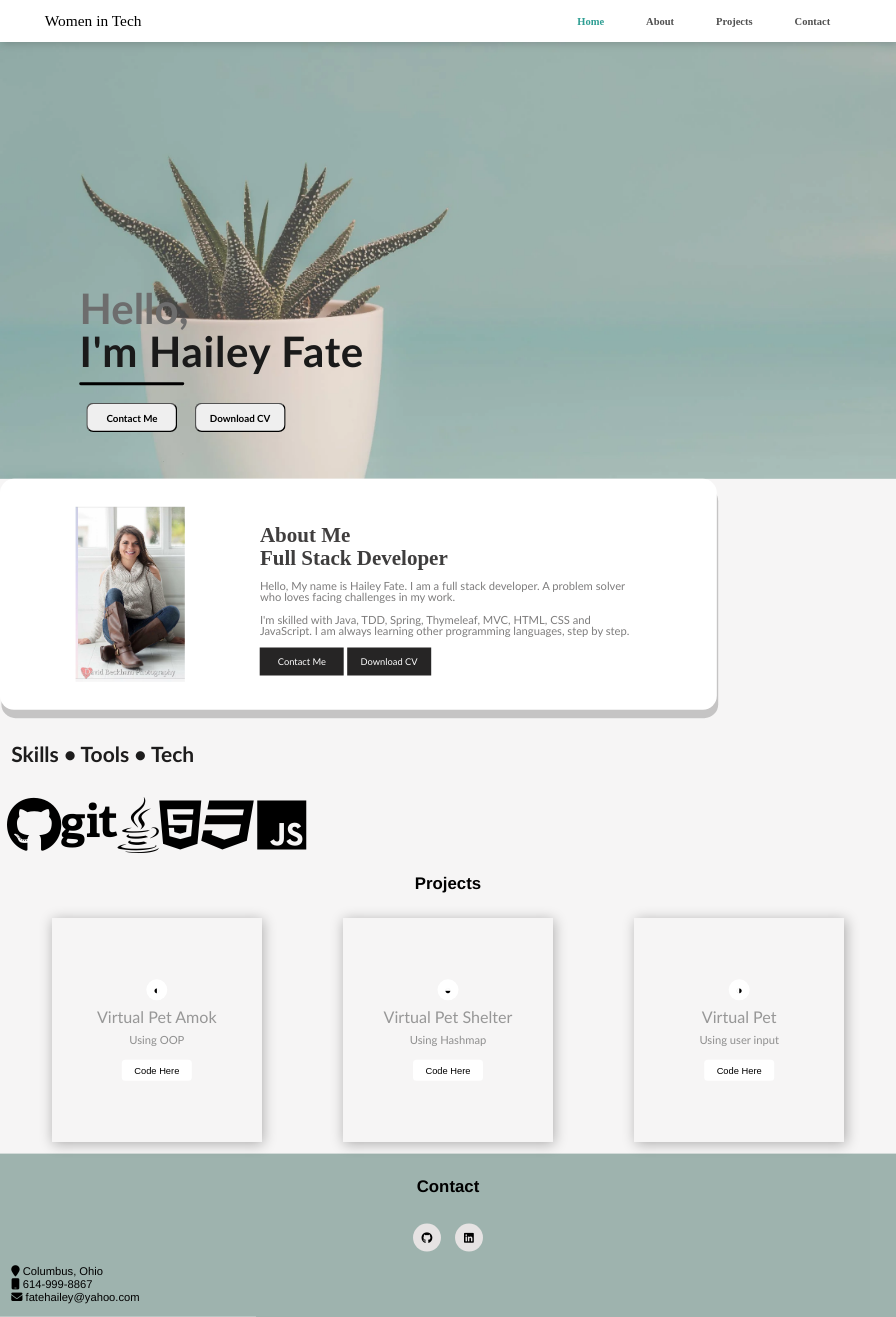
Repository: fatehailey/fatehailey.github.io
Page: index.html
These files come from the project's save history. The page is drawn as it stood at one moment and after a run of saves; the edit follows.
The browser window is 1280 px wide. The pictures show the whole page, at 70% of full size.
Some web libraries are served in a nearby version.

Above is the page before, as saved 2022-07-25 15:19:22.

### index.html
<!DOCTYPE html>
<html lang="en">

<head>
    <meta charset="UTF-8">
    <meta http-equiv="X-UA-Compatible" content="IE=edge">
    <meta name="viewport" content="width=device-width, initial-scale=1.0">
    <title>Professional Portfolio Website</title>
    <link rel="stylesheet" type="text/css" href="./style.css">
    <script src="https://kit.fontawesome.com/aba5373111.js" crossorigin="anonymous"></script>
</head>
<section>
    <!--------Navbar-->
    <nav>
        <header class="logo"> Women in Tech</header>
        <!--menu-->
        <ul>
            <li><a href="#" class="active">Home</a></li>
            <li><a href="#about">About</a></li>
            <li><a href="#projects">Projects</a></li>
            <li><a href="#contact-form">Contact</a></li>
        </ul>
    </nav>
    <!--text-->
    <div class="text-container">
        <p>Hello,</p>
        <p>I'm Hailey Fate</p>
        <p class="line"></p>
        <a href = "mailto: fatehailey@.com">
        <button id="contact-form">Contact Me</button></a>
        <a href="Resume -JAVA.pdf">
            <button>Download CV</button>
        </a>

    </div>
</section>
<div class="about-container">
    <!--img-->
    <img src="20638533_10207488042478732_6104525529025967976_n.jpg" />
    <!--about-me-text-->
    <div class="about-text">
        <p id="about">About Me</p>
        <p>Full Stack Developer</p>
        <p>Hello, My name is Hailey Fate. I am a full stack developer. A problem solver who loves facing challenges in
            my work. </p>
        <p>I'm skilled with Java, TDD, Spring, Thymeleaf, MVC, HTML, CSS and JavaScript. I am always learning other
            programming languages, step by step.</p>
        <button id="contacts">Contact Me</button>
        <button onclick="Resume -JAVA.pdf">Download CV</button>
    </div>
</div>

<!--Project-->
<div class="skills">
    <!--text-->
    <div class="skills-text ">
        <p>Skills • Tools • Tech</p>
    </div>
    <div class="column">
        <i class="fa-brands fa-github"></i>
        <i class="fa-brands fa-git"></i>
        <i class="fa-brands fa-java"></i>
        <i class="fa-brands fa-html5"></i>
        <i class="fa-brands fa-css3"></i>
        <i class="fa-brands fa-js"></i>
    </div>
</div>
<h2 id="projects" style="text-align:center">Projects </h2>
<div class="box-container">
    <!--1------------->
    <div class="box-1">
        <span>◐</span>
        <p class="heading">Virtual Pet Amok</p>
        <p class="details">Using OOP</p>
        <a href="https://github.com/2022-April-Java-PT-Classroom/virtual-pet-amok-fatehailey">
            <button>Code Here</button>
        </a>
    </div>
    <!--2------------->
    <div class="box-2">
        <span>◒</span>
        <p class="heading">Virtual Pet Shelter</p>
        <p class="details">Using Hashmap</p>
        <a href="https://github.com/2022-April-Java-PT-Classroom/virtual-pet-shelter-fatehailey">
            <button>Code Here</button>
        </a>
    </div>
    <!--3------------->
    <div class="box-3">
        <span>◑</span>
        <p class="heading">Virtual Pet</p>
        <p class="details">Using user input</p>
        <a href="https://github.com/2022-April-Java-PT-Classroom/virtual-pet-fatehailey">
            <button>Code Here</button>
        </a>
    </div>
</div>
<footer>
    <div class="social-footer">
        <h2 id="contacts" style="text-align:center">Contact</h2>
        <div class="social-icons">
            <a href="https://github.com/fatehailey"><i class="fa-brands fa-github"></i></a>
            <a href="https://www.linkedin.com/in/haileyfate/"><i class="fa-brands fa-linkedin"></i></a>
        </div>
        <div class="place">
            <span class="fa-solid fa-location-pin"></span>
            <span class="text">Columbus, Ohio</span>
        <div class="phone">
            <span class="fa-solid fa-mobile"></span>
            <span class="text">614-999-8867</span>
        </div>
        <div class="email">
            <span class="fa-solid fa-envelope"></span>
            <span class="text">fatehailey@yahoo.com</span>
        </div>

    </div>
</footer>
</body>
</html>

### style.css

body{
    background-color: #f6f5f5;
    margin: 0;
    padding: 0px;
    font-family: 'Franklin Gothic Medium', 'Arial Narrow', Arial, sans-serif;
}
ul{
    list-style: none;
}
a{
    text-decoration: none;
}
section{
    width: 100%;
    height: 95vh;
    background-image: url('pexels-photo-1445416.webp');
    background-repeat: no-repeat;
    background-size: cover;
}
nav{
    display: flex;
    justify-content: space-between;
    align-items: center;
    height: 60px;
    background-color: #FFFFFF;
    box-shadow: 2px 2px 12px rgba(0,0,0,0.2);
    padding: 0px 5%;
}
nav ul{
    display: flex ;
}
nav ul li a{
    margin:30px;
    font-family: myraid pro regular;
    color:#505050;
    font-size: 15px;
    font-weight: 700;
}
.logo{
    font-family: RoadTest;
    color: #000000;
    font-size: 22px;
}
.active{
   font-weight:bold;
   color: #2e9e93;
}
.text-container p:nth-child(1){
    font-family: calibri;
    font-weight: bold;
    color: #6d6d6d;
    font-size: 60px;
    padding-bottom: 1rem;
}
.text-container p:nth-child(2){
    font-family: calibri;
    font-weight: bold;
    letter-spacing: 1px;
    color: #1a1a1a;
    font-size: 60px;
}
.text-container p:nth-child(3){
    font-family: myrid pro regular;
    color: #403e3e;
    font-size: 30px;
    line-height: 30px;
}
.text-container p{
    line-height: 0px;
    margin: 45px 0px 25px;
}
.line{
    width: 150px;
    height: 4px;
    background: #000000;
    margin: 10px auto;
    border-radius: 5px;
}
.text-container{
    position: absolute;
    left: 13%;
    top:42%;
    transform: translate(-13%, 42%);
}
.text-container button{
    width:130px;
    height: 42px;
    border-radius: 10px;
    font-family: calibri;
    font-weight: bold;
    font-size: 14px;
    outline:none;
    margin:0px 10px;
}
.abtme{
    border:2px solid #373636;
    color: #373636;
}
.down-cv{
    background-color: #0b0b0b;
    color: #FFFFFF;
    border: none;
}
button:active{
    transform:scale(1.1);
}

.about-container{
    width: 80%;
    height:330px;
    background-color: #ffffff;
    border-radius: 20px;
    box-shadow: 2px 12px rgba(0,0,0,0.2);
    display:flex;
    position: relative;
    justify-content: space-evenly;
    align-items: center;
}
.about-container img{
    height: 250px;
    margin-left: 5px;
}

.about-text{
    width: 550px;
    margin-left: 5px;;

}
.about-text p:nth-child(1){
    color: #403e3e;
    font-family: myriad pro;
    font-weight: bold;
    font-size: 30px;
    line-height: 0px;
}
.about-text p:nth-child(2){
    color: #3e3d3d;
    font-size: 30px;
    font-family: myriad pro;
    font-weight: bold;
    line-height: 5px;
}
.about-text p:nth-child(3),
.about-text p:nth-child(4){
    color: #7e7d7d;
    font-size: 20pxpx;
    font-family: calibri;
    line-height: 16px;
}
.about-text button{
    width:120px;
    height:40px;
    color: #FFFFFF;
    outline: none;
    border:none;
    font-family: calibri;
    background-color: #262525;
}
.skills-text p:nth-child(1){
	font-family: calibri;
	font-weight:bold;
	color:#1d1c1c;
	font-size:30px;
	line-height:0px;
}
.skills-text{
    padding-top: 2rem;
    padding-bottom: 2rem;
    padding-left: 1rem;;
	width: 500px;
    display: flex;
}
.column
{
    flex: 50%;
    padding: 0 10px 10px;
    display: flex;
    flex-flow: row wrap;
    margin-bottom: 15px;
    font-size: 5rem;
}
.column img
{
    float: left;
    width:  100px;
    height: 100px;
    object-fit: cover;
}
.box-container{
	display:flex;
	justify-content: space-around;
    padding: 1rem;
}
.box-1,.box-2,.box-3{
	width: 300px;
	height:320px;
	background-repeat: no-repeat;
	background-size: cover;
	box-shadow:2px 2px 18px rgba(0,0,0,0.3);
	align-items: center;
	justify-content: center;
	display: flex;
	flex-direction: column;
	margin: 0px 20px;
}
.box-1 span,
.box-2 span,
.box-3 span{
	width:30px;
	height:30px;
	border-radius:50%;
	background-color:#ffffff;
	display: flex;
	justify-content: center;
	align-items:center;
	font-family: calibri;
	font-weight: bold;
}
.box-1 p:nth-child(2),
.box-2 p:nth-child(2),
.box-3 p:nth-child(2){
	color:#979797;
	font-family: calibri;
	font-size: 23px;
	line-height:0px;

}
.box-1 p:nth-child(3),
.box-2 p:nth-child(3),
.box-3 p:nth-child(3){
	font-family: calibri;
	color:#8F8F8F;
	text-align:center;
	width: 230px;
	margin:0px 0px 20px 0px;

}
.box-1 button,
.box-2 button,
.box-3 button{
	width:100px;
	height:30px;
	background-color:#FFFFFF;
	border:none;
	outline: none;
	border-radius:5px;
}
footer{
    background-color: #9eb3ae;
    height: 220px;
    width: 100%;
    min-height: 5rem;
    margin: auto;
    padding-top: 1%;
}
.place{
    padding-left: 1rem;

}

.social-icons a{
    width:40px;
    height:40px;
    display: flex;
    justify-content: center;
    align-items: center;
    background-color:#e6e3e3;
    margin:20px 10px;
    border-radius:50%;
}
.social-icons{
    display: flex;
    justify-content: center;
}

.social-icons i,.social i{
    color:#000000;
}
.social-icons a:hover{
    background-color:#000000;
    box-shadow:2px 2px 12px rgba(0,0,0,0.2);
    transition:all ease 0.5s;
}
.social-icons a:hover i,
.social a:hover i{
    color:#FFFFFF;
    transition:all ease 0.5s;
}

After the next 2 saves:
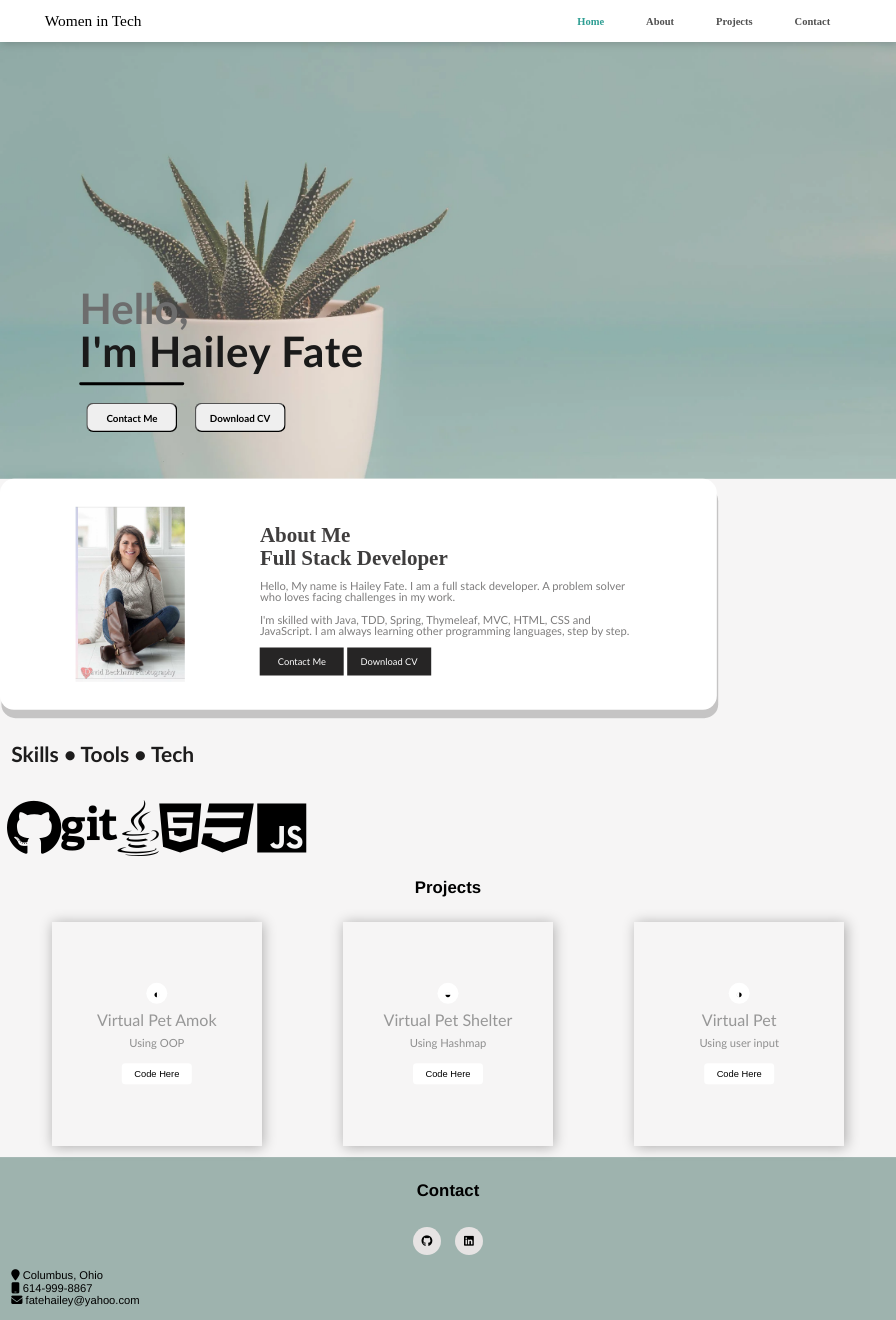
The 2 saves are shown as one change because they came seconds apart.
The last was saved 61 s later.
--- a/style.css
+++ b/style.css
@@ -174,7 +174,7 @@
 .column
 {
     flex: 50%;
-    padding: 0 10px 10px;
+    padding: 5px 10px 10px;
     display: flex;
     flex-flow: row wrap;
     margin-bottom: 15px;
